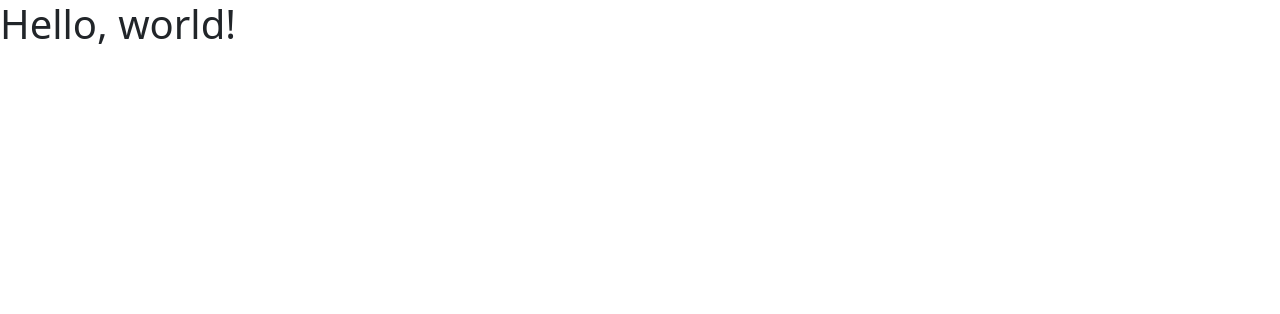
Repository: satvikagrasani/Spring-WorkSpace
Page: http://localhost/Project1/
The author's editor kept a copy of each file at every save. The page is drawn from the files as they stood at one save, then again after the next save.
The browser window is 1280 px wide. The pictures show the whole page.
The page is served by Tomcat 9. Other server files are loaded and not shown.

Above is the page before, as saved 2023-08-23 10:04:45.

### SpringMVC/Project/Project1/src/main/webapp/index.jsp
<%@ page language="java" contentType="text/html; charset=ISO-8859-1"
    pageEncoding="ISO-8859-1"%>
<!doctype html>
<html lang="en">
  <head>
    <meta charset="utf-8">
    <meta name="viewport" content="width=device-width, initial-scale=1">
    <title>Bootstrap demo</title>
    <link href="https://cdn.jsdelivr.net/npm/bootstrap@5.3.1/dist/css/bootstrap.min.css" rel="stylesheet" integrity="sha384-4bw+/aepP/YC94hEpVNVgiZdgIC5+VKNBQNGCHeKRQN+PtmoHDEXuppvnDJzQIu9" crossorigin="anonymous">
  </head>
  <body>
    <h1>Hello, world!</h1>
    <script src="https://cdn.jsdelivr.net/npm/bootstrap@5.3.1/dist/js/bootstrap.bundle.min.js" integrity="sha384-HwwvtgBNo3bZJJLYd8oVXjrBZt8cqVSpeBNS5n7C8IVInixGAoxmnlMuBnhbgrkm" crossorigin="anonymous"></script>
  </body>
</html>

After the next save:
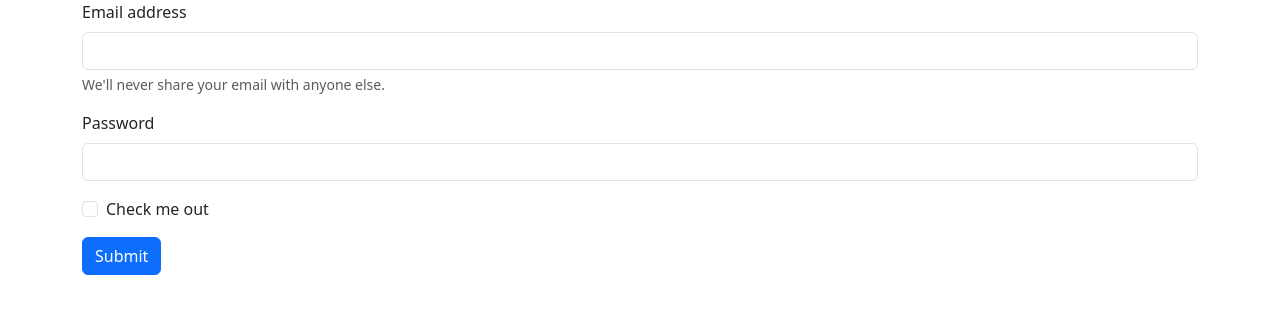
Saved 47 s later.
--- a/SpringMVC/Project/Project1/src/main/webapp/index.jsp
+++ b/SpringMVC/Project/Project1/src/main/webapp/index.jsp
@@ -9,7 +9,26 @@
     <link href="https://cdn.jsdelivr.net/npm/bootstrap@5.3.1/dist/css/bootstrap.min.css" rel="stylesheet" integrity="sha384-4bw+/aepP/YC94hEpVNVgiZdgIC5+VKNBQNGCHeKRQN+PtmoHDEXuppvnDJzQIu9" crossorigin="anonymous">
   </head>
   <body>
-    <h1>Hello, world!</h1>
+
+    <div class="container">
+      <form>
+		  <div class="mb-3">
+		    <label for="exampleInputEmail1" class="form-label">Email address</label>
+		    <input type="email" class="form-control" id="exampleInputEmail1" aria-describedby="emailHelp">
+		    <div id="emailHelp" class="form-text">We'll never share your email with anyone else.</div>
+		  </div>
+		  <div class="mb-3">
+		    <label for="exampleInputPassword1" class="form-label">Password</label>
+		    <input type="password" class="form-control" id="exampleInputPassword1">
+		  </div>
+		  <div class="mb-3 form-check">
+		    <input type="checkbox" class="form-check-input" id="exampleCheck1">
+		    <label class="form-check-label" for="exampleCheck1">Check me out</label>
+		  </div>
+		  <button type="submit" class="btn btn-primary">Submit</button>
+		</form>
+    </div>
+
     <script src="https://cdn.jsdelivr.net/npm/bootstrap@5.3.1/dist/js/bootstrap.bundle.min.js" integrity="sha384-HwwvtgBNo3bZJJLYd8oVXjrBZt8cqVSpeBNS5n7C8IVInixGAoxmnlMuBnhbgrkm" crossorigin="anonymous"></script>
   </body>
 </html>
